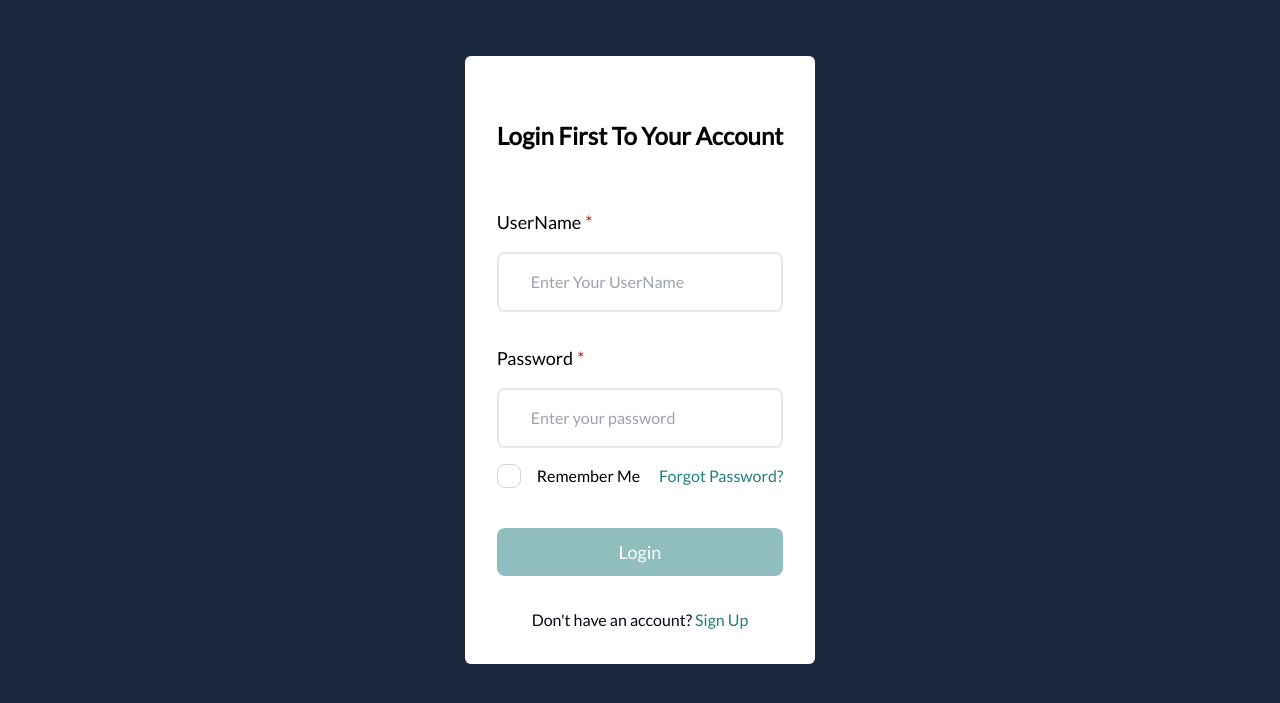
Repository: mahmudulyeamim/ConvoCorner
Page: / (app in ConvoCornerApp/frontend/)
These files come from the project's save history. The page is drawn as it stood at one moment and after the next save; the edit follows.
The browser window is 1280 px wide. The pictures show the whole page.
The project was rebuilt for these pictures with package versions that can differ from the ones it lists, and the page was loaded fresh each time. The framework's server and built-in components were replaced by stand-ins that run in the browser. Also part of the build but not shown: ConvoCornerApp/frontend/next.config.mjs.

Above is the page before, as saved 2024-05-08 03:15:03.

### ConvoCornerApp/frontend/app/layout.js
import { Lato  } from "next/font/google";
import "./globals.css";

const manrope = Lato({ subsets: ["latin"], weight : '400' });

export const metadata = {
  title: "ConvoCorner",
  description: "",
};

export default function RootLayout({ children }) {
  return (
    <html lang="en">
      <body className={manrope.className}>{children}</body>
    </html>
  );
}

### ConvoCornerApp/frontend/app/page.js
"use client"
import React from 'react'
import LoginComponent from '@/components/LoginComponent';

export default function page() {
  return (
    <main className={`w-full overflow-hidden h-screen bg-[#1c1c1c]`}>
    <section className='h-screen flex mx-auto overflow-hidden items-center'>
        <LoginComponent />
    </section>

  </main>
  )
}

### ConvoCornerApp/frontend/app/globals.css
@tailwind base;
@tailwind components;
@tailwind utilities;

@layer base {
  :root {
    --background: 100% 100% 100%;
    --foreground: 222.2 84% 4.9%;

    --card: 0 0% 100%;
    --card-foreground: 222.2 84% 4.9%;

    --popover: 0 0% 100%;
    --popover-foreground: 222.2 84% 4.9%;

    --primary: 222.2 47.4% 11.2%;
    --primary-foreground: 210 40% 98%;

    --secondary: 210 40% 96.1%;
    --secondary-foreground: 222.2 47.4% 11.2%;

    --muted: 210 40% 96.1%;
    --muted-foreground: 215.4 16.3% 46.9%;

    --accent: 210 40% 96.1%;
    --accent-foreground: 222.2 47.4% 11.2%;

    --destructive: 0 84.2% 60.2%;
    --destructive-foreground: 210 40% 98%;

    --border: 214.3 31.8% 91.4%;
    --input: 214.3 31.8% 91.4%;
    --ring: 222.2 84% 4.9%;

    --radius: 0.5rem;

    --bg-c1: #1b2940;
    --box-c1: #FDCF6E;
    --d-g: #0A5F59;
    --l-g: #0C766F;
  }

  .dark {
    --background: 222.2 84% 4.9%;
    --foreground: 210 40% 98%;



    --card: 222.2 84% 4.9%;
    --card-foreground: 210 40% 98%;

    --popover: 222.2 84% 4.9%;
    --popover-foreground: 210 40% 98%;

    --primary: 210 40% 98%;
    --primary-foreground: 222.2 47.4% 11.2%;

    --secondary: 217.2 32.6% 17.5%;
    --secondary-foreground: 210 40% 98%;

    --muted: 217.2 32.6% 17.5%;
    --muted-foreground: 215 20.2% 65.1%;

    --accent: 217.2 32.6% 17.5%;
    --accent-foreground: 210 40% 98%;

    --destructive: 0 62.8% 30.6%;
    --destructive-foreground: 210 40% 98%;

    --border: 217.2 32.6% 17.5%;
    --input: 217.2 32.6% 17.5%;
    --ring: 212.7 26.8% 83.9%;
  }
}

@layer base {
  * {
    @apply border-border;
  }
  body {
    @apply bg-background text-foreground;
  }
}

.sidebar::-webkit-scrollbar {
  display: none;
}

.example {
  -ms-overflow-style: none;
  scrollbar-width: none;
}

### ConvoCornerApp/frontend/components/LoginComponent.jsx
"use client"
import React, { useState } from 'react'
import { Button } from '@/components/ui/button';
import { useRouter } from 'next/navigation';
import { useToast } from "@/components/ui/use-toast"
import { Toaster } from "@/components/ui/toaster"

export default function LoginComponent() {
    const [username, setUsername] = useState('')
    const [password, setPassword] = useState('')
    const [loading, setLoading] = useState(false)
    const router = useRouter()

    async function loginHandler() {
        setLoading(true)
        const url = `${process.env.NEXT_PUBLIC_ENDPOINT}/auth/login`
        const data = {
            username : username,
            password
        }
        const response = await fetch(url, {
            method: 'POST',
            headers: {
                'Content-Type': 'application/json',
                "ngrok-skip-browser-warning": "69420"
            },
            body: JSON.stringify(data)
        })
        const ans = await response.json()
        const id = ans?.id
        if(id != null) {
            localStorage.setItem("token", JSON.stringify(ans))
            router.push(`/chat`)
        }

      setLoading(false)
    }

  return (
    <div className='w-full bg-[var(--bg-c1)] h-full flex items-center justify-center'>
            <div className='flex flex-col items-center justify-center p-8 rounded-md bg-white'>
                <h1 className='text-black text-2xl 3xl:text-3xl font-semibold my-8'>Login First To Your Account</h1>
                <div className='flex flex-col sm:my-2 w-full'>
                    <label  htmlFor="email" className='text-black text-lg 3xl:text-xl my-4'>UserName<span className='text-red-700 mx-1'>*</span></label>
                    <input type="text" value={username} placeholder="Enter Your UserName" className='border-2 border-gray-200 bg-white px-8 py-2 sm:py-4 w-full focus:border-[#227f7e] rounded-lg focus:outline-none' onChange={e => setUsername(e.target.value)} />
                </div>
                <div className='flex flex-col my-2 w-full'>
                    <label  htmlFor="password" className='text-black text-lg 3xl:text-xl my-4'>Password<span className='text-red-700 mx-1'>*</span></label>
                    <input type="password" placeholder="Enter your password" className='border-2 border-gray-200 bg-white px-8 py-4 w-full focus:border-[#227f7e] rounded-lg focus:outline-none' onChange={e => setPassword(e.target.value)}/>
                </div>

                <div className='flex items-center justify-between w-full'>
                    <div className='flex items-center space-x-4 my-2'>
                        <input type="checkbox" className='checkbox border border-gray-300' />
                        <label htmlFor="remember" className='text-black'>Remember Me</label>
                    </div>
                    <a href="#" className='text-[#227f7e]'>Forgot Password?</a>
                </div>
                <div className='w-full my-8'>
                    <Button onClick={loginHandler}
                    className={`w-full rounded-lg py-6 text-lg text-white bg-[#227f7e]`} disabled = {username == "" || password == ""}>{loading && <span className='loading loading-spinner text-sm bg-white mr-4'></span>}Login</Button>
                </div>
                <h1>Don't have an account? <a href="/register" className='text-[#227f7e]'>Sign Up</a></h1>

            </div>
            <Toaster />
        </div>
  )
}

### ConvoCornerApp/frontend/components/ui/button.jsx
import * as React from "react"
import { Slot } from "@radix-ui/react-slot"
import { cva } from "class-variance-authority";

import { cn } from "@/lib/utils"

const buttonVariants = cva(
  "inline-flex items-center justify-center whitespace-nowrap rounded-md text-sm font-medium ring-offset-background transition-colors focus-visible:outline-none focus-visible:ring-2 focus-visible:ring-ring focus-visible:ring-offset-2 disabled:pointer-events-none disabled:opacity-50",
  {
    variants: {
      variant: {
        default: "bg-primary text-primary-foreground hover:bg-primary/90",
        destructive:
          "bg-destructive text-destructive-foreground hover:bg-destructive/90",
        outline:
          "border border-input bg-background hover:bg-accent hover:text-accent-foreground",
        secondary:
          "bg-secondary text-secondary-foreground hover:bg-secondary/80",
        ghost: "hover:bg-accent hover:text-accent-foreground",
        link: "text-primary underline-offset-4 hover:underline",
      },
      size: {
        default: "h-10 px-4 py-2",
        sm: "h-9 rounded-md px-3",
        lg: "h-11 rounded-md px-8",
        icon: "h-10 w-10",
      },
    },
    defaultVariants: {
      variant: "default",
      size: "default",
    },
  }
)

const Button = React.forwardRef(({ className, variant, size, asChild = false, ...props }, ref) => {
  const Comp = asChild ? Slot : "button"
  return (
    (<Comp
      className={cn(buttonVariants({ variant, size, className }))}
      ref={ref}
      {...props} />)
  );
})
Button.displayName = "Button"

export { Button, buttonVariants }

### ConvoCornerApp/frontend/components/ui/use-toast.js
// Inspired by react-hot-toast library
import * as React from "react"

const TOAST_LIMIT = 1
const TOAST_REMOVE_DELAY = 1000000

const actionTypes = {
  ADD_TOAST: "ADD_TOAST",
  UPDATE_TOAST: "UPDATE_TOAST",
  DISMISS_TOAST: "DISMISS_TOAST",
  REMOVE_TOAST: "REMOVE_TOAST"
}

let count = 0

function genId() {
  count = (count + 1) % Number.MAX_SAFE_INTEGER
  return count.toString();
}

const toastTimeouts = new Map()

const addToRemoveQueue = (toastId) => {
  if (toastTimeouts.has(toastId)) {
    return
  }

  const timeout = setTimeout(() => {
    toastTimeouts.delete(toastId)
    dispatch({
      type: "REMOVE_TOAST",
      toastId: toastId,
    })
  }, TOAST_REMOVE_DELAY)

  toastTimeouts.set(toastId, timeout)
}

export const reducer = (state, action) => {
  switch (action.type) {
    case "ADD_TOAST":
      return {
        ...state,
        toasts: [action.toast, ...state.toasts].slice(0, TOAST_LIMIT),
      };

    case "UPDATE_TOAST":
      return {
        ...state,
        toasts: state.toasts.map((t) =>
          t.id === action.toast.id ? { ...t, ...action.toast } : t),
      };

    case "DISMISS_TOAST": {
      const { toastId } = action

      // ! Side effects ! - This could be extracted into a dismissToast() action,
      // but I'll keep it here for simplicity
      if (toastId) {
        addToRemoveQueue(toastId)
      } else {
        state.toasts.forEach((toast) => {
          addToRemoveQueue(toast.id)
        })
      }

      return {
        ...state,
        toasts: state.toasts.map((t) =>
          t.id === toastId || toastId === undefined
            ? {
                ...t,
                open: false,
              }
            : t),
      };
    }
    case "REMOVE_TOAST":
      if (action.toastId === undefined) {
        return {
          ...state,
          toasts: [],
        }
      }
      return {
        ...state,
        toasts: state.toasts.filter((t) => t.id !== action.toastId),
      };
  }
}

const listeners = []

let memoryState = { toasts: [] }

function dispatch(action) {
  memoryState = reducer(memoryState, action)
  listeners.forEach((listener) => {
    listener(memoryState)
  })
}

function toast({
  ...props
}) {
  const id = genId()

  const update = (props) =>
    dispatch({
      type: "UPDATE_TOAST",
      toast: { ...props, id },
    })
  const dismiss = () => dispatch({ type: "DISMISS_TOAST", toastId: id })

  dispatch({
    type: "ADD_TOAST",
    toast: {
      ...props,
      id,
      open: true,
      onOpenChange: (open) => {
        if (!open) dismiss()
      },
    },
  })

  return {
    id: id,
    dismiss,
    update,
  }
}

function useToast() {
  const [state, setState] = React.useState(memoryState)

  React.useEffect(() => {
    listeners.push(setState)
    return () => {
      const index = listeners.indexOf(setState)
      if (index > -1) {
        listeners.splice(index, 1)
      }
    };
  }, [state])

  return {
    ...state,
    toast,
    dismiss: (toastId) => dispatch({ type: "DISMISS_TOAST", toastId }),
  };
}

export { useToast, toast }

### ConvoCornerApp/frontend/components/ui/toaster.jsx
"use client"

import {
  Toast,
  ToastClose,
  ToastDescription,
  ToastProvider,
  ToastTitle,
  ToastViewport,
} from "@/components/ui/toast"
import { useToast } from "@/components/ui/use-toast"

export function Toaster() {
  const { toasts } = useToast()

  return (
    (<ToastProvider className="bg-white">
      {toasts.map(function ({ id, title, description, action, ...props }) {
        return (
          (<Toast key={id} className="bg-white w-[32rem] fixed bottom-5 right-5" {...props}>
            <div className="grid gap-1">
              {title && <ToastTitle className="text-black">{title}</ToastTitle>}
              {description && (
                <ToastDescription>{description}</ToastDescription>
              )}
            </div>
            {action}
            <ToastClose />
          </Toast>)
        );
      })}
      <ToastViewport />
    </ToastProvider>)
  );
}

### ConvoCornerApp/frontend/components/ui/toast.jsx
import * as React from "react"
import * as ToastPrimitives from "@radix-ui/react-toast"
import { cva } from "class-variance-authority";
import { X } from "lucide-react"

import { cn } from "@/lib/utils"

const ToastProvider = ToastPrimitives.Provider

const ToastViewport = React.forwardRef(({ className, ...props }, ref) => (
  <ToastPrimitives.Viewport
    ref={ref}
    className={cn(
      "fixed top-0 z-[100] flex max-h-screen w-full flex-col-reverse p-4 sm:bottom-0 sm:right-0 sm:top-auto sm:flex-col md:max-w-[420px]",
      className
    )}
    {...props} />
))
ToastViewport.displayName = ToastPrimitives.Viewport.displayName

const toastVariants = cva(
  "group pointer-events-auto relative flex w-full items-center justify-between space-x-4 overflow-hidden rounded-md border p-6 pr-8 shadow-lg transition-all data-[swipe=cancel]:translate-x-0 data-[swipe=end]:translate-x-[var(--radix-toast-swipe-end-x)] data-[swipe=move]:translate-x-[var(--radix-toast-swipe-move-x)] data-[swipe=move]:transition-none data-[state=open]:animate-in data-[state=closed]:animate-out data-[swipe=end]:animate-out data-[state=closed]:fade-out-80 data-[state=closed]:slide-out-to-right-full data-[state=open]:slide-in-from-top-full data-[state=open]:sm:slide-in-from-bottom-full",
  {
    variants: {
      variant: {
        default: "border bg-background text-foreground",
        destructive:
          "destructive group border-destructive bg-destructive text-destructive-foreground",
      },
    },
    defaultVariants: {
      variant: "default",
    },
  }
)

const Toast = React.forwardRef(({ className, variant, ...props }, ref) => {
  return (
    (<ToastPrimitives.Root
      ref={ref}
      className={cn(toastVariants({ variant }), className)}
      {...props} />)
  );
})
Toast.displayName = ToastPrimitives.Root.displayName

const ToastAction = React.forwardRef(({ className, ...props }, ref) => (
  <ToastPrimitives.Action
    ref={ref}
    className={cn(
      "inline-flex h-8 shrink-0 items-center justify-center rounded-md border bg-transparent px-3 text-sm font-medium ring-offset-background transition-colors hover:bg-secondary focus:outline-none focus:ring-2 focus:ring-ring focus:ring-offset-2 disabled:pointer-events-none disabled:opacity-50 group-[.destructive]:border-muted/40 group-[.destructive]:hover:border-destructive/30 group-[.destructive]:hover:bg-destructive group-[.destructive]:hover:text-destructive-foreground group-[.destructive]:focus:ring-destructive",
      className
    )}
    {...props} />
))
ToastAction.displayName = ToastPrimitives.Action.displayName

const ToastClose = React.forwardRef(({ className, ...props }, ref) => (
  <ToastPrimitives.Close
    ref={ref}
    className={cn(
      "absolute right-2 top-2 rounded-md p-1 text-foreground/50 opacity-0 transition-opacity hover:text-foreground focus:opacity-100 focus:outline-none focus:ring-2 group-hover:opacity-100 group-[.destructive]:text-red-300 group-[.destructive]:hover:text-red-50 group-[.destructive]:focus:ring-red-400 group-[.destructive]:focus:ring-offset-red-600",
      className
    )}
    toast-close=""
    {...props}>
    <X className="h-4 w-4" />
  </ToastPrimitives.Close>
))
ToastClose.displayName = ToastPrimitives.Close.displayName

const ToastTitle = React.forwardRef(({ className, ...props }, ref) => (
  <ToastPrimitives.Title ref={ref} className={cn("text-sm font-semibold", className)} {...props} />
))
ToastTitle.displayName = ToastPrimitives.Title.displayName

const ToastDescription = React.forwardRef(({ className, ...props }, ref) => (
  <ToastPrimitives.Description ref={ref} className={cn("text-sm opacity-90", className)} {...props} />
))
ToastDescription.displayName = ToastPrimitives.Description.displayName

export { ToastProvider, ToastViewport, Toast, ToastTitle, ToastDescription, ToastClose, ToastAction };

### ConvoCornerApp/frontend/tailwind.config.js
/** @type {import('tailwindcss').Config} */
module.exports = {
  darkMode: ["media"],
  content: [
    './pages/**/*.{js,jsx}',
    './components/**/*.{js,jsx}',
    './app/**/*.{js,jsx}',
    './src/**/*.{js,jsx}',
  ],
  prefix: "",
  theme: {
    screens : {
      '3xl': '1921px',
      'sm' : '790px',
      'md' : '1081px',
      'xs' : '420px',
      'xl' : '1370px'
    },
    container: {
      center: true,
      padding: "2rem"
    },
    extend: {
      colors: {
        border: "hsl(var(--border))",
        input: "hsl(var(--input))",
        ring: "hsl(var(--ring))",
        background: "hsl(var(--background))",
        foreground: "hsl(var(--foreground))",
        primary: {
          DEFAULT: "hsl(var(--primary))",
          foreground: "hsl(var(--primary-foreground))",
        },
        secondary: {
          DEFAULT: "hsl(var(--secondary))",
          foreground: "hsl(var(--secondary-foreground))",
        },
        destructive: {
          DEFAULT: "hsl(var(--destructive))",
          foreground: "hsl(var(--destructive-foreground))",
        },
        muted: {
          DEFAULT: "hsl(var(--muted))",
          foreground: "hsl(var(--muted-foreground))",
        },
        accent: {
          DEFAULT: "hsl(var(--accent))",
          foreground: "hsl(var(--accent-foreground))",
        },
        popover: {
          DEFAULT: "hsl(var(--popover))",
          foreground: "hsl(var(--popover-foreground))",
        },
        card: {
          DEFAULT: "hsl(var(--card))",
          foreground: "hsl(var(--card-foreground))",
        },
      },
      borderRadius: {
        lg: "var(--radius)",
        md: "calc(var(--radius) - 2px)",
        sm: "calc(var(--radius) - 4px)",
      },
      keyframes: {
        "accordion-down": {
          from: { height: "0" },
          to: { height: "var(--radix-accordion-content-height)" },
        },
        "accordion-up": {
          from: { height: "var(--radix-accordion-content-height)" },
          to: { height: "0" },
        },
      },
      animation: {
        "accordion-down": "accordion-down 0.2s ease-out",
        "accordion-up": "accordion-up 0.2s ease-out",
      },
      backgroundImage: {
        'radial-gradient': 'radial-gradient(169.40% 89.55% at 5.24% 6.29%, rgba(216, 216, 216, 0.7) 0%, #216A70 100%)',
        'radial-gradient-2': 'radial-gradient(169.40% 189.55% at 50.24% 36.29%, #041F21 5%, #216A70 100%)',
        'radial-gradient-3': 'radial-gradient(69.40% 89.55% at 30.24% 36.29%, #A8A8D8 5%, #775EFF 200%)',

      },
    },
  },
  plugins: [require("tailwindcss-animate"), require("daisyui")],
}

Loaded but not shown: ConvoCornerApp/frontend/lib/utils.js (common file)

After the next save:
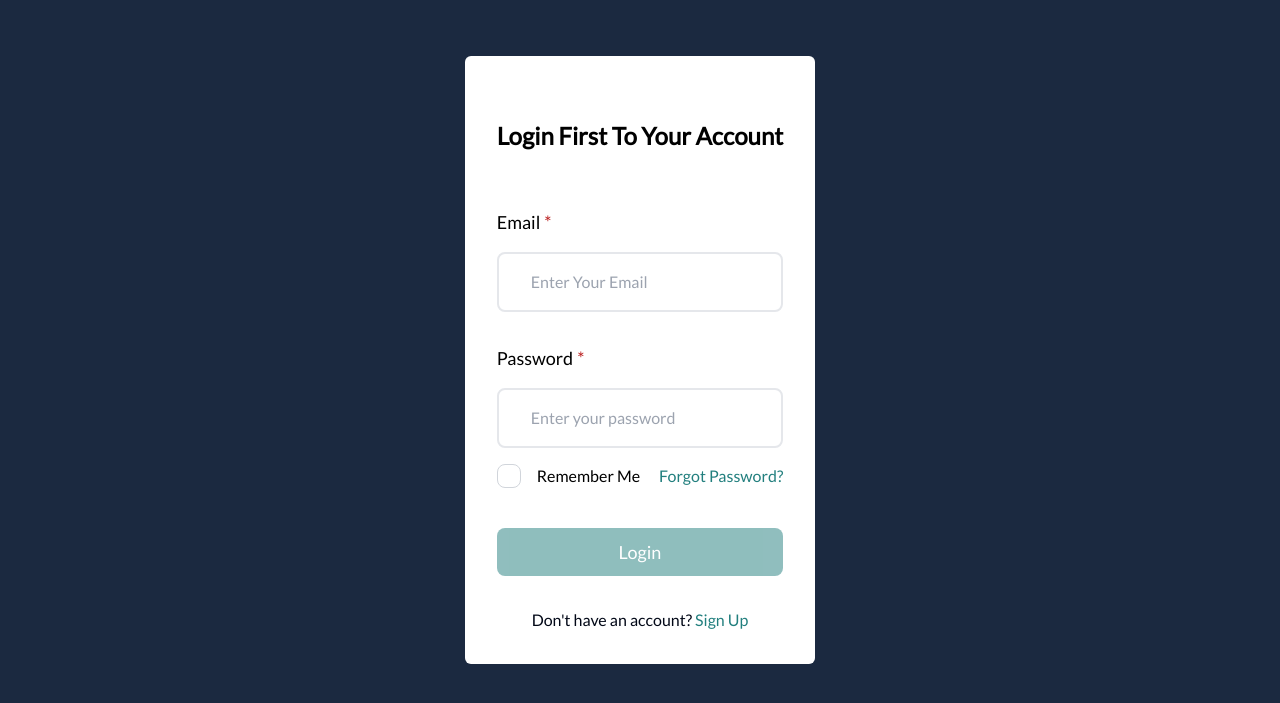
Saved 23 h 31 min later.
--- a/ConvoCornerApp/frontend/components/LoginComponent.jsx
+++ b/ConvoCornerApp/frontend/components/LoginComponent.jsx
@@ -41,8 +41,8 @@ export default function LoginComponent() {
             <div className='flex flex-col items-center justify-center p-8 rounded-md bg-white'>
                 <h1 className='text-black text-2xl 3xl:text-3xl font-semibold my-8'>Login First To Your Account</h1>
                 <div className='flex flex-col sm:my-2 w-full'>
-                    <label  htmlFor="email" className='text-black text-lg 3xl:text-xl my-4'>UserName<span className='text-red-700 mx-1'>*</span></label>
-                    <input type="text" value={username} placeholder="Enter Your UserName" className='border-2 border-gray-200 bg-white px-8 py-2 sm:py-4 w-full focus:border-[#227f7e] rounded-lg focus:outline-none' onChange={e => setUsername(e.target.value)} />
+                    <label  htmlFor="email" className='text-black text-lg 3xl:text-xl my-4'>Email<span className='text-red-700 mx-1'>*</span></label>
+                    <input type="text" value={username} placeholder="Enter Your Email" className='border-2 border-gray-200 bg-white px-8 py-2 sm:py-4 w-full focus:border-[#227f7e] rounded-lg focus:outline-none' onChange={e => setUsername(e.target.value)} />
                 </div>
                 <div className='flex flex-col my-2 w-full'>
                     <label  htmlFor="password" className='text-black text-lg 3xl:text-xl my-4'>Password<span className='text-red-700 mx-1'>*</span></label>
